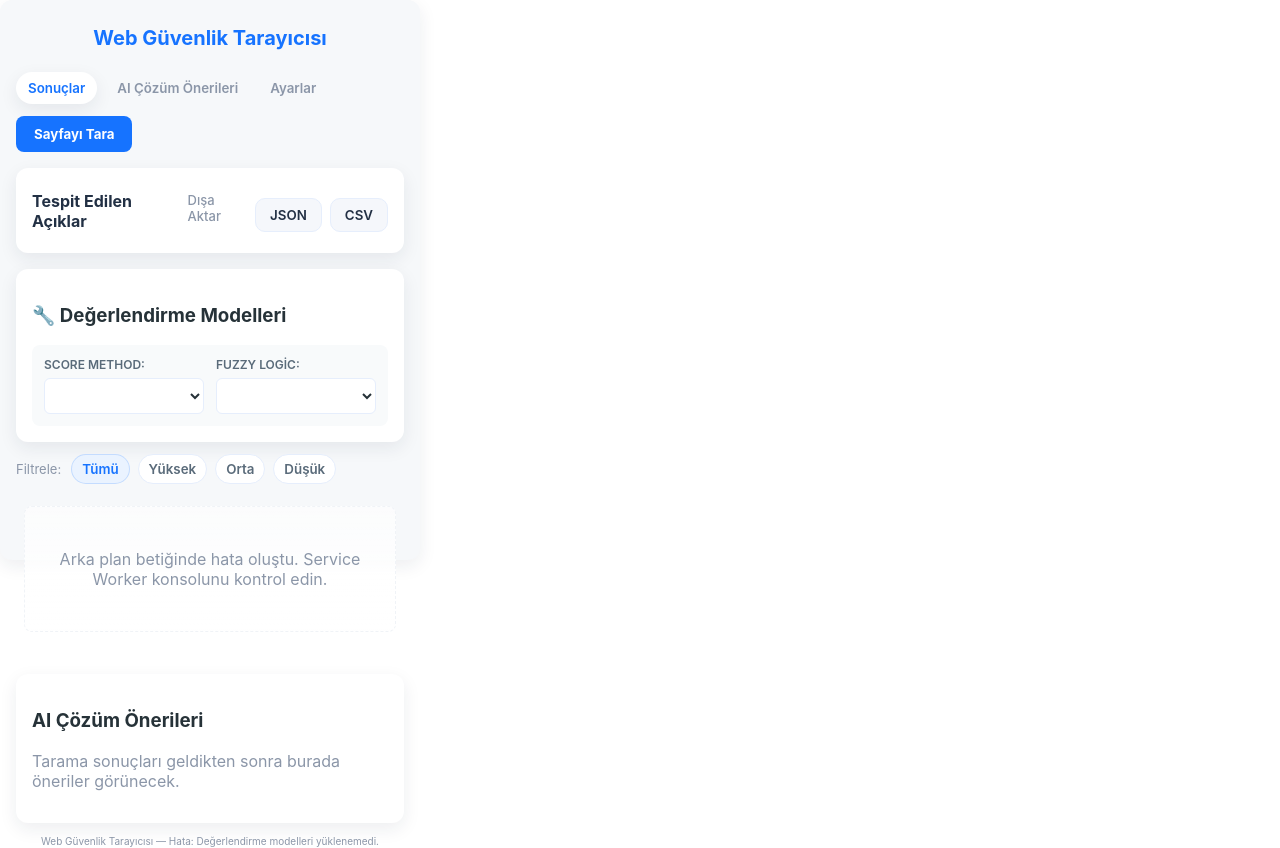
Repository: seliinduru/chrome-vuln-scanner
Page: popup.html
These files come from the project's save history. The page is drawn as it stood at one moment and after the next save; the edit follows.
The browser window is 1280 px wide. The pictures show the whole page.

Above is the page before, as saved 2025-11-05 18:21:15.

### popup.html
<!doctype html>
<html lang="tr">
<head>
  <meta charset="utf-8" />
  <title>Web Güvenlik Tarayıcısı</title>
  <link rel="stylesheet" href="styles.css">
</head>
<body>
  <div class="modal">
    <header class="modal-header">
      <h1>Web Güvenlik Tarayıcısı</h1>
    </header>

    <nav class="tabs">
      <button class="tab active" data-tab="results">Sonuçlar</button>
      <button class="tab" data-tab="ai">AI Çözüm Önerileri</button>
      <button class="tab" data-tab="settings">Ayarlar</button>
    </nav>

    <!-- =================================================================== -->
    <!-- === SONUÇLAR SEKMESİ İÇERİĞİ === -->
    <!-- =================================================================== -->
    <section id="results" class="tab-content active">

      <!-- Tara Butonu, Sonuçlar sekmesine taşındı -->
      <div class="controls">
        <button id="scanBtn" class="primary">Sayfayı Tara</button>
      </div>

      <div class="card">
        <div class="card-title">
          <h2>Tespit Edilen Açıklar</h2>
          <p class="export-text">Dışa Aktar</p>
          <div class="export-buttons">
            <button id="exportJson" title="JSON">JSON</button>
            <button id="exportCsv" title="CSV">CSV</button>
          </div>
        </div>
      </div>

      <!-- Model Seçimi -->
      <div class="card">
        <h3>🔧 Değerlendirme Modelleri</h3>
        <div class="model-selector">
          <div class="model-group">
            <label>Score Method:</label>
            <!-- Select menüleri JS ile dinamik dolacağı için boş bırakmak daha doğru -->
            <select id="scoreMethodSelect"></select>
          </div>
          <div class="model-group">
            <label>Fuzzy Logic:</label>
            <select id="fuzzyLogicSelect"></select>
          </div>
        </div>
      </div>

      <!-- Filtreler, Sonuçlar sekmesine taşındı -->
      <div class="filters">
        <span>Filtrele:</span>
        <div class="filter-buttons">
          <button class="filter active" data-sev="all">Tümü</button>
          <button class="filter" data-sev="high">Yüksek</button>
          <button class="filter" data-sev="medium">Orta</button>
          <button class="filter" data-sev="low">Düşük</button>
        </div>
      </div>

      <!-- Zafiyet Listesi, Sonuçlar sekmesine taşındı -->
      <div id="vulnList" class="vuln-list empty">
        <div class="empty-state">
          <p>Henüz tarama yapılmadı.</p>
        </div>
      </div>

      <!-- DİKKAT: Orijinal kodunuzda burada fazladan bir </div> vardı, kaldırıldı. -->

    </section> <!-- results section'ı burada bitiyor -->

    <!-- =================================================================== -->
    <!-- === AI ÇÖZÜM ÖNERİLERİ SEKMESİ İÇERİĞİ === -->
    <!-- =================================================================== -->
    <section id="ai" class="tab-content">
      <div class="card">
        <h3>AI Çözüm Önerileri</h3>
        <div id="aiSuggestions">
          <p class="muted">Tarama sonuçları geldikten sonra burada öneriler görünecek.</p>
        </div>
      </div>
    </section>

    <footer class="modal-footer">
      <small>Web Güvenlik Tarayıcısı — <span id="statusText">Hazır</span></small>
    </footer>
  </div>

  <script src="popup.js"></script>
</body>
</html>

### styles.css
/* styles.css - popup görünümü */
:root{
  --bg:#f6f8fa;
  --card:#ffffff;
  --accent:#1673ff;
  --muted:#8b96a8;
  --radius:10px;
  --shadow: 0 6px 18px rgba(23,35,60,0.08);
  --pill-border: #e6eefc;
  --transition: all 0.3s ease;
}

*{box-sizing:border-box;font-family:Inter, "Segoe UI", Roboto, Arial, sans-serif;}
body{
  margin:0;
  background:transparent;
  color:#263238;
  width:420px;
  height:560px;
}

.modal{
  background:var(--bg);
  border-radius:12px;
  padding:16px;
  box-shadow:var(--shadow);
  height:100%;
}

.modal-header{
  position: relative;
  padding-top: 10px;
  padding-bottom: 10px;
}
.modal-header h1{
  margin:0;
  color:var(--accent);
  font-size:20px;
  text-align:center;
  font-weight:700;
}

.tabs{
  display:flex;
  gap:8px;
  margin-top:12px;
  align-items:center;
  justify-content:flex-start;
}

.tab{
  background:transparent;
  border:0;
  padding:8px 12px;
  border-radius:20px;
  cursor:pointer;
  color:var(--muted);
  font-weight:600;
  transition: var(--transition);
}
.tab.active{
  background:#fff;
  color:var(--accent);
  box-shadow: var(--shadow);
}

.controls{
  display:flex;
  gap:10px;
  margin-top:12px;
  align-items:center;
}

button.primary{
  background:var(--accent);
  color:#fff;
  border:0;
  padding:10px 18px;
  border-radius:8px;
  cursor:pointer;
  font-weight:700;
  transition: var(--transition);
}
button.primary:hover{ background: #125cdb; }

button.secondary{
  background:#eef3f9;
  color:#333;
  border:0;
  padding:10px 18px;
  border-radius:8px;
  cursor:pointer;
  transition: var(--transition);
}
button.secondary:hover{ background: #e0e6f0; }

.card{
  background:var(--card);
  border-radius:12px;
  padding:16px;
  margin-top:16px;
  box-shadow: var(--shadow);
}

.card-title{
  display:flex;
  align-items:center;
  justify-content:space-between;
  gap:8px;
}
.card-title h2{ margin:0; font-size:16px; color:#223044;}

.filters{
  display:flex;
  gap:10px;
  align-items:center;
  margin-top:12px;
  color:var(--muted);
  font-size:13px;
}
.filter-buttons{ display:flex; gap:8px; }
.filter{
  border:1px solid var(--pill-border);
  background:#fff;
  padding:6px 10px;
  border-radius:18px;
  cursor:pointer;
  font-weight:600;
  color:#5a6b7a;
  transition: var(--transition);
}
.filter.active{
  background:#eaf3ff;
  color:var(--accent);
  border-color: rgba(22,115,255,0.18);
}
.filter:not(.active):hover{ background: #f8fafb; }


/* vulnerabilities list */
.vuln-list{
  margin-top:14px;
  min-height:160px;
  max-height:300px;
  overflow:auto;
  padding:8px;
}
.empty-state{
  border:1px dashed #f0f3f7;
  border-radius:8px;
  padding:26px;
  text-align:center;
  color:var(--muted);
  background:linear-gradient(180deg, rgba(255,255,255,0.6), #fff);
}

.vuln-items{ display:flex; flex-direction:column; gap:10px; padding:4px; }
.vuln-item{
  background:#fbfdff;
  border-radius:10px;
  padding:10px;
  border:1px solid #f0f4fb;
  box-shadow: 0 2px 8px rgba(34,50,80,0.03);
  position:relative;
}
.vuln-title{ font-weight:700; margin-top:6px; color:#142231; }
.vuln-details{ margin-top:6px; color:#425563; font-size:13px; white-space:pre-wrap; }
.vuln-meta{ margin-top:8px; color:#7b8b98; font-size:12px; }

.sev{
  position:absolute;
  right:10px;
  top:10px;
  padding:4px 8px;
  border-radius:12px;
  font-weight:700;
  font-size:12px;
}
.sev.critical, .sev.high{ background:#fff5f6; color:#b00020; border:1px solid #ffd6da; }
.sev.medium{ background:#fff8ec; color:#b36b00; border:1px solid #ffe6b7; }
.sev.low{ background:#f6fff3; color:#1b7a2f; border:1px solid #d7f7d7; }

.evidence-btn{
  margin-top:8px;
  border:0;
  background:#eef3ff;
  padding:6px 8px;
  border-radius:8px;
  cursor:pointer;
  font-weight:700;
  color:var(--accent);
  transition: var(--transition);
}
.evidence-btn:hover { background: #dce7ff; }

.evidence-panel{
  display:none;
  margin-top:8px;
  padding:10px;
  border-radius:8px;
  background:#f1f4f8; /* Arka plan rengi düzeltildi */
  white-space:pre-wrap;
  max-height:160px;
  overflow:auto;
  font-family: monospace;
  font-size: 12px;
}
.evidence-panel.visible{ display:block; }

.modal-footer{
  margin-top:auto;
  text-align:center;
  color:var(--muted);
  font-size:12px;
  padding: 10px 0 0;
}

/* Ayarlar Sayfası Stilleri */
.back-button {
  position: absolute;
  top: 40px;
  left: 16px;
  background: transparent;
  border: none;
  color: var(--accent);
  cursor: pointer;
  font-weight: 600;
  padding: 5px 10px;
  border-radius: 4px;
  z-index: 10;
  transition: var(--transition);
}

.back-button:hover {
  background: rgba(22, 115, 255, 0.1);
}

.settings-container {
  display: flex;
  flex-direction: column;
  gap: 16px;
  padding: 10px 0;
  overflow-y: auto;
  max-height: calc(100% - 120px);
}

.settings-section {
  margin-bottom: 20px;
  padding: 0 15px;
}

.settings-section h3 {
  font-size: 16px;
  margin-bottom: 10px;
  color: #333;
}

.filter-options {
  display: flex;
  flex-direction: column;
  gap: 10px;
}

.filter-options label {
  display: flex;
  align-items: center;
  gap: 8px;
  cursor: pointer;
}

.filter-options input[type="checkbox"] {
  width: 18px;
  height: 18px;
  accent-color: var(--accent);
}

.settings-actions {
  display: flex;
  justify-content: center;
  gap: 10px;
  margin-top: 10px;
  padding: 0 15px 15px;
}

.settings-actions button {
  padding: 8px 16px;
  border-radius: 6px;
  cursor: pointer;
  transition: var(--transition);
}

#resetSettingsBtn {
  background: transparent;
  border: 1px solid var(--muted);
  color: var(--muted);
}

#resetSettingsBtn:hover {
  background: rgba(139, 150, 168, 0.1);
}
.muted{ color:var(--muted); }
.small{ font-size:12px; }

/* === Rapor formatı seçimi (JSON / CSV) === */
.export-text {
  margin-top: 8px;
  font-size: 13px;
  color: var(--muted);
  font-weight: 500;
}

.export-buttons {
  display: flex;
  gap: 8px;
  margin-top: 8px;
}

.export-buttons button {
  background: #f5f7fb;
  border: 1px solid var(--pill-border);
  padding: 8px 14px;
  border-radius: var(--radius);
  cursor: pointer;
  font-weight: 600;
  color: #223044;
  transition: all 0.2s ease;
}

/* Hover durumları */
.export-buttons button:hover {
  background: var(--accent);
  color: #fff;
  border-color: var(--accent);
  transform: translateY(-1px);
}

/* JSON ve CSV için özel renk varyasyonu (isteğe bağlı) */
#exportJson:hover {
  background: #2563eb;
}

#exportCsv:hover {
  background: #10b981;
}

/* ===== HIBRIT SONUÇLAR PANELİ ===== */
.hybrid-results-panel {
  margin-top: 12px;
  padding-top: 12px;
  border-top: 1px solid #e8ecf1;
}

.hybrid-panel-title {
  font-size: 13px;
  font-weight: 600;
  color: #263238;
  margin-bottom: 8px;
}

.hybrid-grid {
  display: grid;
  grid-template-columns: repeat(2, 1fr);
  gap: 8px;
}

.hybrid-cell {
  background: #f8fafb;
  border: 1px solid #e6eefc;
  border-radius: 8px;
  padding: 8px;
  text-align: center;
  transition: all 0.2s ease;
}

.hybrid-cell:hover {
  background: #eef3ff;
  border-color: var(--accent);
  box-shadow: 0 2px 6px rgba(22, 115, 255, 0.1);
}

.cell-header {
  font-size: 11px;
  font-weight: 700;
  color: #5a6b7a;
  margin-bottom: 6px;
  text-transform: uppercase;
}

.cell-result {
  display: flex;
  flex-direction: column;
  gap: 3px;
}

.result-label {
  font-size: 12px;
  font-weight: 600;
}

.result-score {
  font-size: 13px;
  font-weight: 700;
}

.hybrid-cell.critical .result-label,
.hybrid-cell.critical .result-score { color: #b00020; }
.hybrid-cell.critical {
  background: #fff5f6;
  border-color: #ffd6da;
}

.hybrid-cell.high .result-label,
.hybrid-cell.high .result-score { color: #b36b00; }
.hybrid-cell.high {
  background: #fff8ec;
  border-color: #ffe6b7;
}

.hybrid-cell.medium .result-label,
.hybrid-cell.medium .result-score { color: #1b7a2f; }
.hybrid-cell.medium {
  background: #f6fff3;
  border-color: #d7f7d7;
}

/* ===== MODEL SEÇİCİ =====  */
.model-selector {
  display: grid;
  grid-template-columns: 1fr 1fr;
  gap: 12px;
  padding: 12px;
  background: #f8fafb;
  border-radius: 8px;
}

.model-group {
  display: flex;
  flex-direction: column;
  gap: 6px;
}

.model-group label {
  font-size: 12px;
  font-weight: 600;
  color: #5a6b7a;
  text-transform: uppercase;
}

.model-group select {
  padding: 8px;
  border: 1px solid #e6eefc;
  border-radius: 6px;
  background: #fff;
  color: #263238;
  font-weight: 500;
  cursor: pointer;
  transition: all 0.2s ease;
}

.model-group select:hover {
  border-color: var(--accent);
  background: #eef3ff;
}

.model-group select:focus {
  outline: none;
  border-color: var(--accent);
  box-shadow: 0 0 0 3px rgba(22, 115, 255, 0.1);
}

/* ===== SEÇİLİ MODEL SONUÇLARI ===== */
.hybrid-results-container {
  padding: 12px;
  background: #f8fafb;
  border-radius: 8px;
  border: 1px solid #e6eefc;
}

.hybrid-result-card {
  padding: 16px;
  border-radius: 8px;
  display: flex;
  align-items: center;
  gap: 16px;
  border-left: 4px solid;
}

.hybrid-result-card.critical {
  background: #fff5f6;
  border-left-color: #b00020;
}

.hybrid-result-card.high {
  background: #fff8ec;
  border-left-color: #b36b00;
}

.hybrid-result-card.medium {
  background: #f6fff3;
  border-left-color: #1b7a2f;
}

.result-main {
  display: flex;
  flex-direction: column;
  gap: 4px;
  flex: 1;
}

.result-model {
  font-size: 11px;
  font-weight: 700;
  text-transform: uppercase;
  color: #7b8b98;
}

.result-label {
  font-size: 16px;
  font-weight: 700;
}

.result-score {
  font-size: 18px;
  font-weight: 700;
}

.hybrid-result-card.critical .result-label,
.hybrid-result-card.critical .result-score { color: #b00020; }

.hybrid-result-card.high .result-label,
.hybrid-result-card.high .result-score { color: #b36b00; }

.hybrid-result-card.medium .result-label,
.hybrid-result-card.medium .result-score { color: #1b7a2f; }

Loaded but not shown: popup.js (258 lines, source omitted)

After the next save:
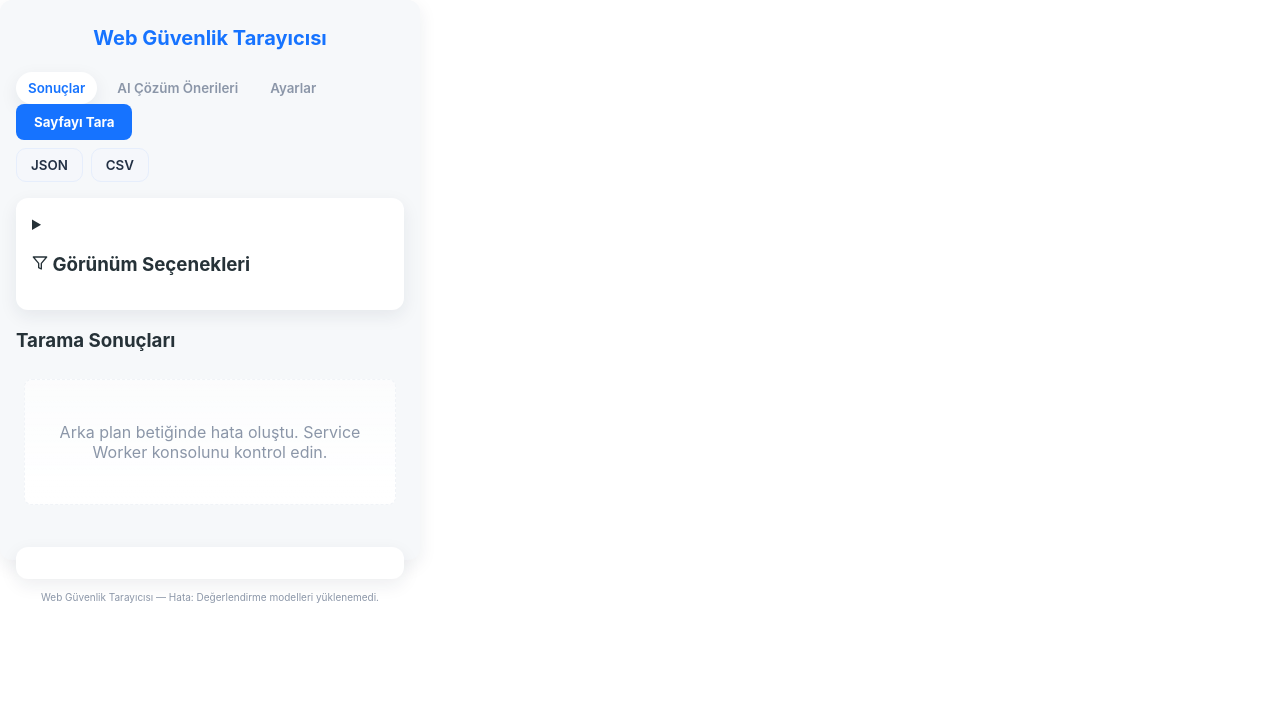
Saved 2 min 6 s later.
--- a/popup.html
+++ b/popup.html
@@ -17,73 +17,58 @@
       <button class="tab" data-tab="settings">Ayarlar</button>
     </nav>
 
-    <!-- =================================================================== -->
-    <!-- === SONUÇLAR SEKMESİ İÇERİĞİ === -->
-    <!-- =================================================================== -->
+    <!-- === SONUÇLAR SEKMESİ === -->
     <section id="results" class="tab-content active">
 
-      <!-- Tara Butonu, Sonuçlar sekmesine taşındı -->
-      <div class="controls">
+      <!-- 1. YENİ KONTROL ÇUBUĞU -->
+      <div class="control-bar">
         <button id="scanBtn" class="primary">Sayfayı Tara</button>
-      </div>
-
-      <div class="card">
-        <div class="card-title">
-          <h2>Tespit Edilen Açıklar</h2>
-          <p class="export-text">Dışa Aktar</p>
-          <div class="export-buttons">
-            <button id="exportJson" title="JSON">JSON</button>
-            <button id="exportCsv" title="CSV">CSV</button>
-          </div>
+        <div class="export-buttons">
+          <button id="exportJson" title="JSON olarak dışa aktar">JSON</button>
+          <button id="exportCsv" title="CSV olarak dışa aktar">CSV</button>
         </div>
       </div>
 
-      <!-- Model Seçimi -->
-      <div class="card">
-        <h3>🔧 Değerlendirme Modelleri</h3>
-        <div class="model-selector">
-          <div class="model-group">
-            <label>Score Method:</label>
-            <!-- Select menüleri JS ile dinamik dolacağı için boş bırakmak daha doğru -->
-            <select id="scoreMethodSelect"></select>
+      <!-- 2. YENİ KATLANABİLİR AYARLAR PANELİ -->
+      <details class="view-options card">
+        <summary>
+          <h3><svg xmlns="http://www.w3.org/2000/svg" width="16" height="16" viewBox="0 0 24 24" fill="none" stroke="currentColor" stroke-width="2" stroke-linecap="round" stroke-linejoin="round"><path d="M22 3H2l8 9.46V19l4 2v-8.46L22 3z"></path></svg> Görünüm Seçenekleri</h3>
+        </summary>
+        <div class="options-content">
+          <div class="model-selector">
+            <div class="model-group">
+              <label>Score Method:</label>
+              <select id="scoreMethodSelect"></select>
+            </div>
+            <div class="model-group">
+              <label>Fuzzy Logic:</label>
+              <select id="fuzzyLogicSelect"></select>
+            </div>
           </div>
-          <div class="model-group">
-            <label>Fuzzy Logic:</label>
-            <select id="fuzzyLogicSelect"></select>
+          <div class="filters">
+            <span>Filtrele:</span>
+            <div class="filter-buttons">
+              <button class="filter active" data-sev="all">Tümü</button>
+              <button class="filter" data-sev="high">Yüksek</button>
+              <button class="filter" data-sev="medium">Orta</button>
+              <button class="filter" data-sev="low">Düşük</button>
+            </div>
           </div>
         </div>
+      </details>
+
+      <!-- 3. GÜNCELLENMİŞ ZAFİYET LİSTESİ ALANI -->
+      <h3 class="results-title">Tarama Sonuçları</h3>
+      <div id="vulnList" class="vuln-list">
+        <!-- Boş durum JS tarafından yönetilecek -->
       </div>
+    </section>
 
-      <!-- Filtreler, Sonuçlar sekmesine taşındı -->
-      <div class="filters">
-        <span>Filtrele:</span>
-        <div class="filter-buttons">
-          <button class="filter active" data-sev="all">Tümü</button>
-          <button class="filter" data-sev="high">Yüksek</button>
-          <button class="filter" data-sev="medium">Orta</button>
-          <button class="filter" data-sev="low">Düşük</button>
-        </div>
-      </div>
-
-      <!-- Zafiyet Listesi, Sonuçlar sekmesine taşındı -->
-      <div id="vulnList" class="vuln-list empty">
-        <div class="empty-state">
-          <p>Henüz tarama yapılmadı.</p>
-        </div>
-      </div>
-
-      <!-- DİKKAT: Orijinal kodunuzda burada fazladan bir </div> vardı, kaldırıldı. -->
-
-    </section> <!-- results section'ı burada bitiyor -->
-
-    <!-- =================================================================== -->
-    <!-- === AI ÇÖZÜM ÖNERİLERİ SEKMESİ İÇERİĞİ === -->
-    <!-- =================================================================== -->
+    <!-- === AI ÇÖZÜM ÖNERİLERİ SEKMESİ === -->
     <section id="ai" class="tab-content">
       <div class="card">
-        <h3>AI Çözüm Önerileri</h3>
         <div id="aiSuggestions">
-          <p class="muted">Tarama sonuçları geldikten sonra burada öneriler görünecek.</p>
+          <!-- İçerik JS tarafından yönetilecek -->
         </div>
       </div>
     </section>
